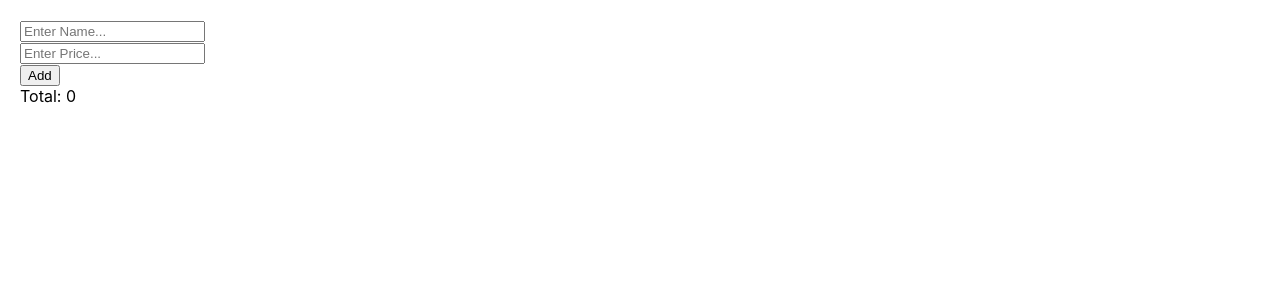
Repository: ducthanglinh/tiktok-clone
Page: /
An editor plug-in stored every save of this project. The page is shown before and after the next save, followed by the edit.
The browser window is 1280 px wide. The pictures show the whole page.
The project was rebuilt for these pictures with package versions that can differ from the ones it lists, and the page was loaded fresh each time. Also part of the build but not shown: src/Content.js.

Above is the page before, as saved 2022-09-29 13:55:45.

### src/index.js
import React from "react";
import ReactDOM from "react-dom/client";
import "./index.css";
import App from "./App";
import reportWebVitals from "./reportWebVitals";

const root = ReactDOM.createRoot(document.getElementById("root"));

root.render(
  // <React.StrictMode>
  <App />
  // </React.StrictMode>
);

// If you want to start measuring performance in your app, pass a function
// to log results (for example: reportWebVitals(console.log))
// or send to an analytics endpoint. Learn more: https://bit.ly/CRA-vitals
reportWebVitals();

### src/App.js
import { useMemo, useState } from "react";
import Content from "./Content";
function App() {
  const [name, setName] = useState("");
  const [price, setPrice] = useState("");
  const [products, setProducts] = useState([]);

  const handleSubmit = () => {
    setProducts([
      ...products,
      {
        name,
        price: +price,
      },
    ]);
  };

  const total = useMemo(() => {
    const totalProd = products.reduce((result, prod) => {
      console.log("tinhs toan...");
      return result + prod.price;
    }, 0);
    return totalProd;
  }, [products]);
  return (
    <div style={{ padding: 20 }}>
      <input
        value={name}
        placeholder="Enter Name..."
        onChange={(e) => setName(e.target.value)}
      />
      <br />
      <input
        value={price}
        placeholder="Enter Price..."
        onChange={(e) => setPrice(e.target.value)}
      />
      <br />
      <button onClick={handleSubmit}>Add</button>
      <br />
      Total: {total}
      <ul>
        {products.map((product, index) => (
          <li key={index}>
            {product.name} - {product.price}
          </li>
        ))}
      </ul>
    </div>
  );
}

export default App;

Loaded but not shown: public/index.html (common file); src/index.css (common file); src/reportWebVitals.js (common file)

After the next save:
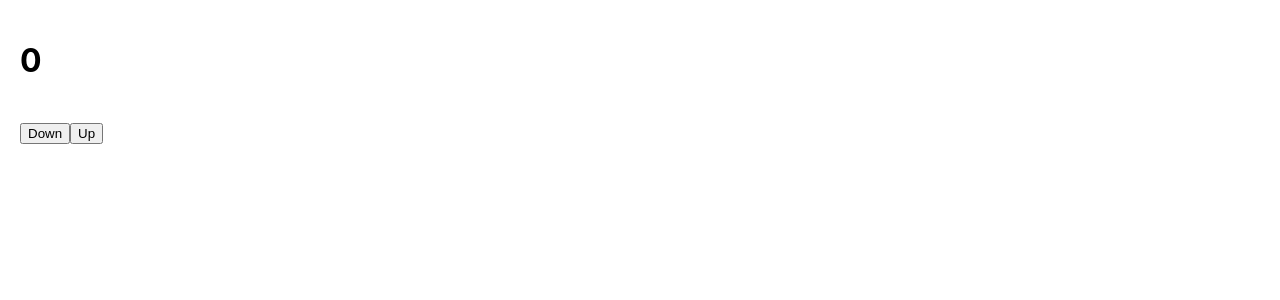
Saved 23 h 30 min later.
--- a/src/App.js
+++ b/src/App.js
@@ -1,51 +1,13 @@
 import { useMemo, useState } from "react";
 import Content from "./Content";
 function App() {
-  const [name, setName] = useState("");
-  const [price, setPrice] = useState("");
-  const [products, setProducts] = useState([]);
-
-  const handleSubmit = () => {
-    setProducts([
-      ...products,
-      {
-        name,
-        price: +price,
-      },
-    ]);
-  };
-
-  const total = useMemo(() => {
-    const totalProd = products.reduce((result, prod) => {
-      console.log("tinhs toan...");
-      return result + prod.price;
-    }, 0);
-    return totalProd;
-  }, [products]);
+  const [count, setCount] = useState(0);
   return (
     <div style={{ padding: 20 }}>
-      <input
-        value={name}
-        placeholder="Enter Name..."
-        onChange={(e) => setName(e.target.value)}
-      />
+      <h1>{count}</h1>
       <br />
-      <input
-        value={price}
-        placeholder="Enter Price..."
-        onChange={(e) => setPrice(e.target.value)}
-      />
-      <br />
-      <button onClick={handleSubmit}>Add</button>
-      <br />
-      Total: {total}
-      <ul>
-        {products.map((product, index) => (
-          <li key={index}>
-            {product.name} - {product.price}
-          </li>
-        ))}
-      </ul>
+      <button onClick={() => setCount(count - 1)}>Down</button>
+      <button onClick={() => setCount(count + 1)}>Up</button>
     </div>
   );
 }
